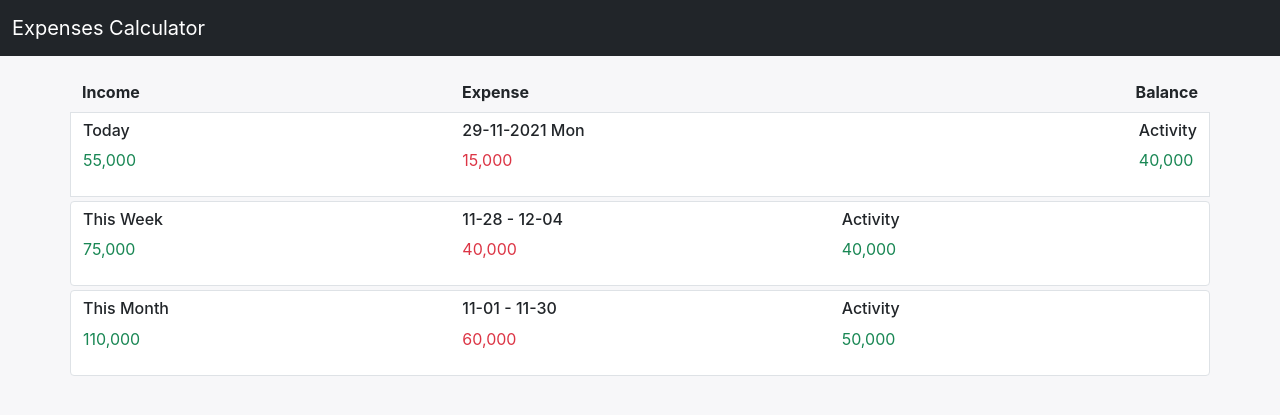
Repository: eidankhan/expenses-calculator
Page: /
The author's editor kept a copy of each file at every save. The page is drawn from the files as they stood at one save, then again after the next save.
The browser window is 1280 px wide. The pictures show the whole page.
The project was rebuilt for these pictures with package versions that can differ from the ones it lists, and the page was loaded fresh each time. Also part of the build but not shown: src/components/SaveIncome.js.

Above is the page before, as saved 2021-11-29 18:12:47.

After the next save:
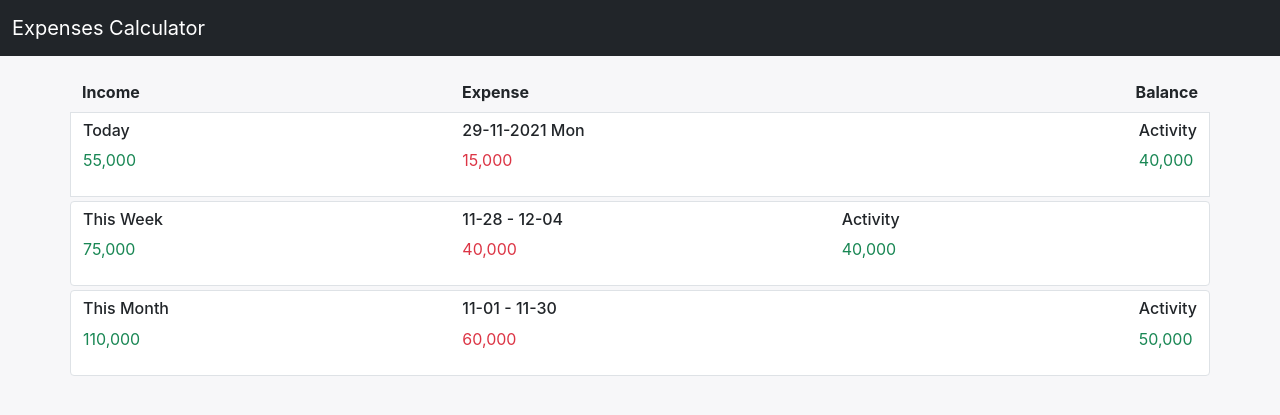
Saved 2 min 18 s later.
--- a/src/components/IncomeSummary.js
+++ b/src/components/IncomeSummary.js
@@ -64,8 +64,10 @@ export const IncomeSummary = () => {
           <p className="text-danger"> 60,000</p>
         </div>
         <div className="col-md-4 my-2">
-          <h6> Activity </h6>
-          <p className="text-success"> 50,000</p>
+          <div className="float-end">
+            <h6> Activity </h6>
+            <p className="text-success"> 50,000</p>
+          </div>
         </div>
       </div>
     </div>
